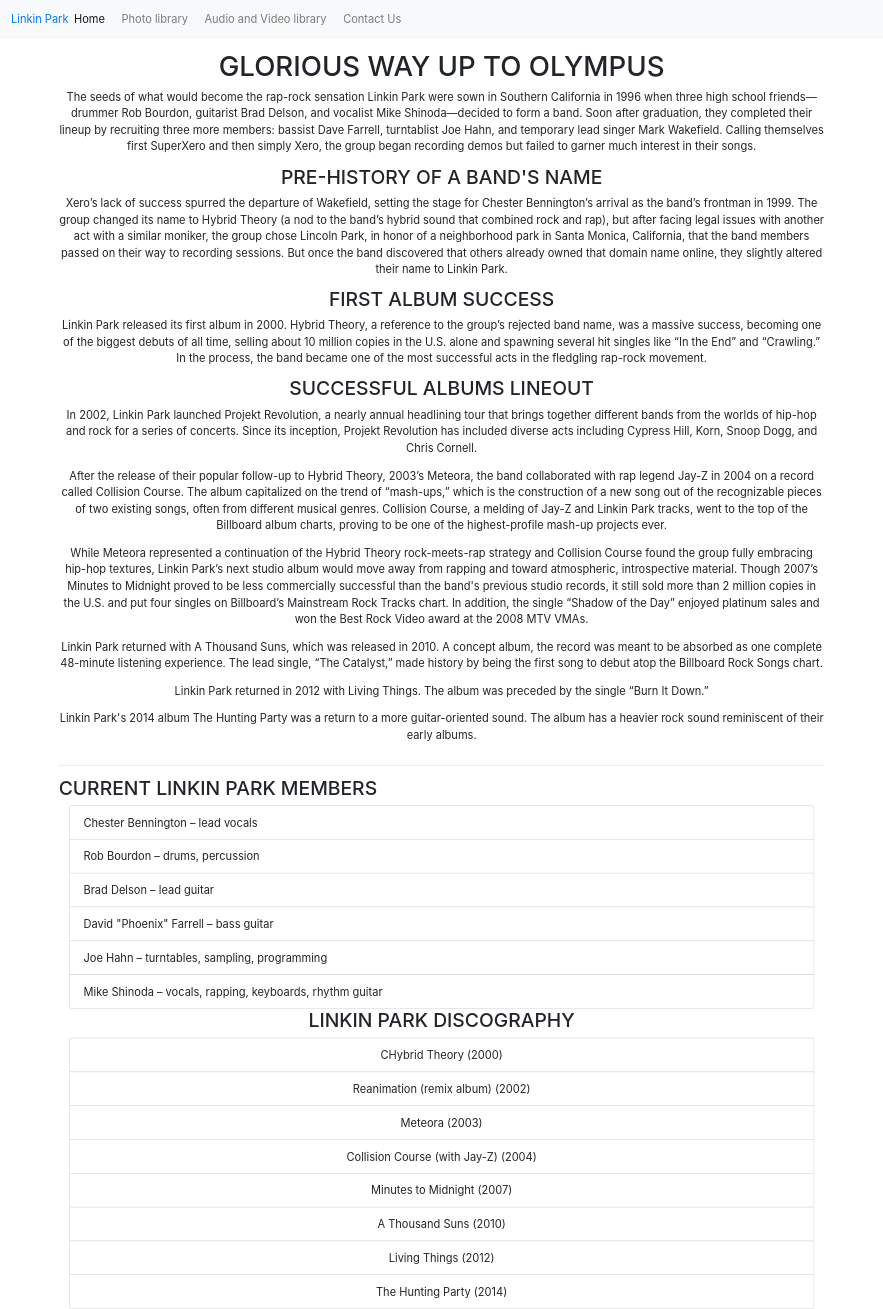
Repository: vaida898/website
Page: index.html
The author's editor kept a record of every edit. The page is drawn from the files as they stood at one moment, then again after the next edit.
The browser window is 1280 px wide. The pictures show the whole page, at 69% of full size.

Above is the page before.
Console error: TypeError: Cannot read properties of undefined (reading 'fn')

### index.html
<!DOCTYPE html>
<html lang="en">

<head>
    <meta charset="UTF-8">
    <meta name="viewport" content="width=device-width, initial-scale=1.0">
    <meta http-equiv="X-UA-Compatible" content="ie=edge">
    <title>LinkinPark website</title>
</head>
<link rel="stylesheet" href="https://stackpath.bootstrapcdn.com/bootstrap/4.3.1/css/bootstrap.min.css" integrity="sha384-ggOyR0iXCbMQv3Xipma34MD+dH/1fQ784/j6cY/iJTQUOhcWr7x9JvoRxT2MZw1T" crossorigin="anonymous">
<script src="https://stackpath.bootstrapcdn.com/bootstrap/4.3.1/js/bootstrap.min.js" integrity="sha384-JjSmVgyd0p3pXB1rRibZUAYoIIy6OrQ6VrjIEaFf/nJGzIxFDsf4x0xIM+B07jRM" crossorigin="anonymous"></script>

<body>
    <nav class="navbar navbar-light bg-light navbar-expand-sm">
        <a href="/" class="navbar-name">Linkin Park</a>
        <ul class="navbar-nav mr-auto">
            <li class="active nav-item mr-2"><a class="nav-link" href="/">Home</a></li>
            <li class="nav-item mr-2"><a class="nav-link" href="/Photo library">Photo library</a></li>
            <li class="nav-item mr-2"><a class="nav-link" href="/Audio and Video library">Audio and Video library</a></li>
            <li class="nav-item mr-2"><a class="nav-link" href="/Contact Us">Contact Us</a></li>
        </ul>
    </nav>

    <article class="container mt-3">
        <div class="row">
            <div class="col-12">
                <section class="About Us text-center">
                    <h1 class="text-uppercase">Glorious way up to olympus</h1>
                    <p>The seeds of what would become the rap-rock sensation Linkin Park were sown in Southern California in 1996 when three high school friends—drummer Rob Bourdon, guitarist Brad Delson, and vocalist Mike Shinoda—decided to form a band.
                        Soon after graduation, they completed their lineup by recruiting three more members: bassist Dave Farrell, turntablist Joe Hahn, and temporary lead singer Mark Wakefield. Calling themselves first SuperXero and then simply Xero,
                        the group began recording demos but failed to garner much interest in their songs.</p>

                    <h3 class="text-uppercase">Pre-history of a band's name</h3>
                    <p>Xero’s lack of success spurred the departure of Wakefield, setting the stage for Chester Bennington’s arrival as the band’s frontman in 1999. The group changed its name to Hybrid Theory (a nod to the band’s hybrid sound that combined
                        rock and rap), but after facing legal issues with another act with a similar moniker, the group chose Lincoln Park, in honor of a neighborhood park in Santa Monica, California, that the band members passed on their way to recording
                        sessions. But once the band discovered that others already owned that domain name online, they slightly altered their name to Linkin Park.</p>

                    <h3 class="text-uppercase">First Album success</h3>
                    <p>Linkin Park released its first album in 2000. Hybrid Theory, a reference to the group’s rejected band name, was a massive success, becoming one of the biggest debuts of all time, selling about 10 million copies in the U.S. alone and
                        spawning several hit singles like “In the End” and “Crawling.” In the process, the band became one of the most successful acts in the fledgling rap-rock movement.</p>

                    <h3 class="text-uppercase">Successful albums lineout</h3>
                    <p>In 2002, Linkin Park launched Projekt Revolution, a nearly annual headlining tour that brings together different bands from the worlds of hip-hop and rock for a series of concerts. Since its inception, Projekt Revolution has included
                        diverse acts including Cypress Hill, Korn, Snoop Dogg, and Chris Cornell.</p>

                    <p>After the release of their popular follow-up to Hybrid Theory, 2003’s Meteora, the band collaborated with rap legend Jay-Z in 2004 on a record called Collision Course. The album capitalized on the trend of “mash-ups,” which is the
                        construction of a new song out of the recognizable pieces of two existing songs, often from different musical genres. Collision Course, a melding of Jay-Z and Linkin Park tracks, went to the top of the Billboard album charts, proving
                        to be one of the highest-profile mash-up projects ever.</p>

                    <p>While Meteora represented a continuation of the Hybrid Theory rock-meets-rap strategy and Collision Course found the group fully embracing hip-hop textures, Linkin Park’s next studio album would move away from rapping and toward atmospheric,
                        introspective material. Though 2007’s Minutes to Midnight proved to be less commercially successful than the band's previous studio records, it still sold more than 2 million copies in the U.S. and put four singles on Billboard’s
                        Mainstream Rock Tracks chart. In addition, the single “Shadow of the Day” enjoyed platinum sales and won the Best Rock Video award at the 2008 MTV VMAs.</p>

                    <p>Linkin Park returned with A Thousand Suns, which was released in 2010. A concept album, the record was meant to be absorbed as one complete 48-minute listening experience. The lead single, “The Catalyst,” made history by being the
                        first song to debut atop the Billboard Rock Songs chart.</p>

                    <p>Linkin Park returned in 2012 with Living Things. The album was preceded by the single “Burn It Down.”</p>

                    <p>Linkin Park's 2014 album The Hunting Party was a return to a more guitar-oriented sound. The album has a heavier rock sound reminiscent of their early albums.</p>
                </section>
            </div>
        </div>

        <hr>


        <section class="Band members text-centre">
            <div class="row">
                <div class="col-12 col-md-12">
                    <h3 class="text-uppercase">Current Linkin Park members</h3>
                </div>
            </div>
            <div class="col-12 col-md-12">
                <ul class="list-group">
                    <li class="list-group-item">Chester Bennington – lead vocals</li>
                    <li class="list-group-item">Rob Bourdon – drums, percussion</li>
                    <li class="list-group-item">Brad Delson – lead guitar</li>
                    <li class="list-group-item">David "Phoenix" Farrell – bass guitar</li>
                    <li class="list-group-item">Joe Hahn – turntables, sampling, programming</li>
                    <li class="list-group-item">Mike Shinoda – vocals, rapping, keyboards, rhythm guitar</li>
                </ul>
            </div>
        </section>

        <section class="Band discography text-center">
            <div class="col-12 col-md-12">
                <h3 class="text-uppercase">Linkin Park discography</h3>
            </div>
            <div class="col-12 col-md-12">
                <ul class="list-group">
                    <li class="list-group-item">CHybrid Theory (2000)</li>
                    <li class="list-group-item">Reanimation (remix album) (2002)</li>
                    <li class="list-group-item">Meteora (2003)</li>
                    <li class="list-group-item">Collision Course (with Jay-Z) (2004)</li>
                    <li class="list-group-item">Minutes to Midnight (2007)</li>
                    <li class="list-group-item">A Thousand Suns (2010)</li>
                    <li class="list-group-item">Living Things (2012)</li>
                    <li class="list-group-item">The Hunting Party (2014)</li>
                </ul>
            </div>
        </section>

    </article>

</body>

</html>

After the next edit:
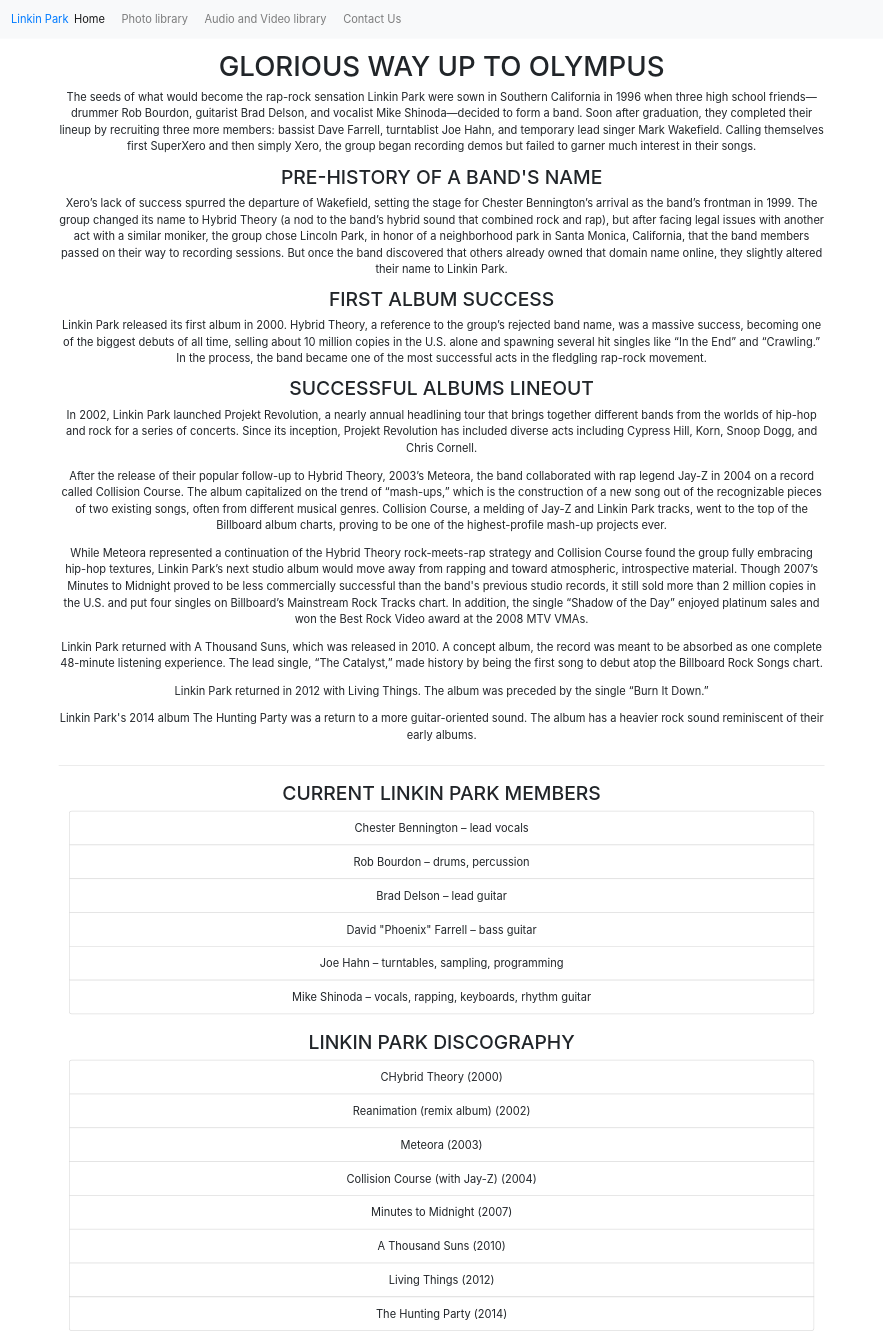
The edit:
--- a/index.html
+++ b/index.html
@@ -64,7 +64,7 @@
         <hr>
 
 
-        <section class="Band members text-centre">
+        <section class="Band members text-center my-4">
             <div class="row">
                 <div class="col-12 col-md-12">
                     <h3 class="text-uppercase">Current Linkin Park members</h3>
